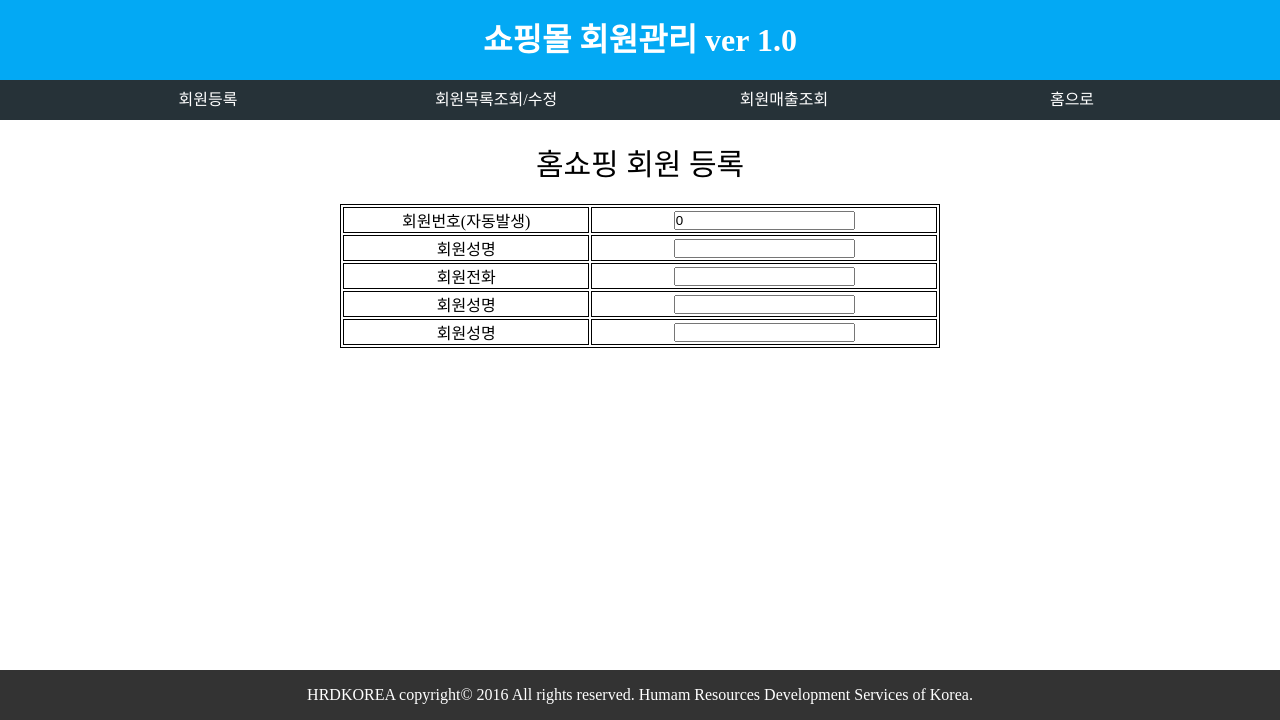
Repository: choiyuhee0722/two-crud
Page: http://localhost/HRD_000_1/view/memberInput.jsp
The author's editor kept a copy of each file at every save. The page is drawn from the files as they stood at one save, then again after the next save.
The browser window is 1280 px wide. The pictures show the whole page.
The page is served by Tomcat 9. Other server files are loaded and not shown. Queries for data that is not in the repository find no rows.

Above is the page before, as saved 2024-03-28 10:39:36.

### HRD_000_1/src/main/webapp/view/memberInput.jsp
<%@ page language="java" contentType="text/html; charset=UTF-8"
    pageEncoding="UTF-8"%>
<%@ page import="dao.MemberDao"%>

<jsp:include page="../master/header.jsp"/>
<%
		MemberDao dao = new MemberDao();
	int custno = dao.getMaxCustNo();
%>
<section>
	<div class="container">
		<p class="title">홈쇼핑 회원 등록</p>
		<form action="memberInputProc.jsp" method="post" name="frm">
			<table width="600px">
			<tr>
					<td>회원번호(자동발생)</td>
					<td><input type="number" value="<%= custno %>" name="custno" id="custno" readonly="readonly"></td>
			</tr>
			<tr>
					<td>회원성명</td>
					<td><input type="text" id="custname" name="custname"></td>
			</tr>
			<tr>
					<td>회원전화</td>
					<td><input type="text" id="phone" name="phone"></td>
			</tr>
			<tr>
					<td>회원성명</td>
					<td><input type="text" id="custname" name="custname"></td>
			</tr>
			<tr>
					<td>회원성명</td>
					<td><input type="text" id="custname" name="custname"></td>
			</tr>
			</table>
		</form>
	</div>
</section>

<jsp:include page="../master/footer.jsp"/>

### HRD_000_1/src/main/webapp/master/header.jsp
<%@ page language="java" contentType="text/html; charset=UTF-8"
    pageEncoding="UTF-8"%>
<!DOCTYPE html>
<html>
<head>
	<meta charset="UTF-8">
	<title>쇼핑몰 회원관리</title>
	<link rel="stylesheet" href="/css/style.css?after">
</head>
<body>
	<header>
		<h1>쇼핑몰 회원관리 ver 1.0</h1>
	</header>

	<nav>
		<ul>
			<li><a href="/view/memberInput.jsp">회원등록</a></li>
			<li><a href="/view/memberList.jsp">회원목록조회/수정</a></li>
			<li><a href="/view/memberMoneyList.jsp">회원매출조회</a></li>
			<li><a href="/index.jsp">홈으로</a></li>
		</ul>
	</nav>
</body>
</html>

### HRD_000_1/src/main/webapp/master/footer.jsp
<%@ page language="java" contentType="text/html; charset=UTF-8"
    pageEncoding="UTF-8"%>

<footer>
	HRDKOREA copyright&copy; 2016 All rights reserved. Humam
	Resources Development Services of Korea.
</footer>

</body>
</html>

### HRD_000_1/src/main/java/dao/MemberDao.java

package dao;

import java.sql.Connection;
import java.sql.PreparedStatement;
import java.sql.ResultSet;
import java.sql.SQLException;
import java.util.ArrayList;

import common.DBUtils;
import vo.MemberMoneyVO;
import vo.MemberVO;

public class MemberDao{
	public ArrayList<MemberVO> memberList(){

		ArrayList<MemberVO> list = new ArrayList<MemberVO>();

		Connection conn = null;
		PreparedStatement ps = null;
		ResultSet rs = null;

		try {
			conn = DBUtils.getConnection();
			ps = conn.prepareStatement("select custno, custname, phone, address, joindate, \r\n"
					+ "decode(grade,'A','VIP','B','일반','C','직원') grade,\r\n"
					+ "city \r\n"
					+ "from member_tbl_02 \r\n"
					+ "order by custno");
			rs = ps.executeQuery();

			while(rs.next()) {
					MemberVO vo = new MemberVO();
					vo.setCustno(rs.getInt("custno"));
					vo.setCustname(rs.getString("custname"));
					vo.setPhone(rs.getString("phone"));
					vo.setAddress(rs.getString("address"));
					vo.setJoindate(rs.getDate("joindate"));
					vo.setGrade(rs.getString("grade"));
					vo.setCity(rs.getString("city"));
					list.add(vo);
			}
		}catch(Exception e) {
			e.printStackTrace();
		}finally {
				DBUtils.close(conn, ps, rs);
		}

		return list;
	}

	public ArrayList<MemberMoneyVO> memberMoneyList(){
		ArrayList<MemberMoneyVO> list = new ArrayList<MemberMoneyVO>();

		Connection conn = null;
		PreparedStatement ps = null;
		ResultSet rs = null;

		try {
			conn = DBUtils.getConnection();
			ps = conn.prepareStatement("select A.custno, A.custname, decode(grade,'A','VIP','B','일반','C','직원') grade, sum(B.price) price\r\n"
					+ "from MEMBER_TBL_02 A, MONEY_TBL_02 B \r\n"
					+ "where A.custno = B.custno\r\n"
					+ "group by A.custno, A.custname, A.grade\r\n"
					+ "order by price desc");
			rs = ps.executeQuery();

			while(rs.next()) {
					MemberMoneyVO vo = new MemberMoneyVO();
					vo.setCustno(rs.getInt("custno"));
					vo.setCustname(rs.getString("custname"));
					vo.setGrade(rs.getString("grade"));
					vo.setPrice(rs.getInt("price"));
					list.add(vo);
			}
		}catch(Exception e) {
				e.printStackTrace();
		}finally {
			DBUtils.close(conn, ps, rs);

		}
		return list;
	}

	public int getMaxCustNo() {
		Connection conn = null;
		PreparedStatement ps = null;
		ResultSet rs = null;
		int custno = 0;

		try {
			 conn = DBUtils.getConnection();
			 ps = conn.prepareStatement("select max(custno)+1 custno\r\n"
			 		+ "from MEMBER_TBL_02");

			 rs = ps.executeQuery();
			 while(rs.next()) {
					custno = rs.getInt("custno");
			}
		}catch(Exception e) {
				e.printStackTrace();
		}finally {
			DBUtils.close(conn, ps, rs);
		}
		return custno;
	}
	public int memberInsert(MemberVO member) throws SQLException{
		Connection conn = null;
		PreparedStatement ps = null;
		int n = 0;
		try {
			conn = DBUtils.getConnection();
			ps = conn.prepareStatement("insert into member_tbl_02 values(?,?,?,?,?,?,?)");

			ps.setInt(1, member.getCustno());
			ps.setString(2, member.getCustname());
			ps.setString(3, member.getPhone());
			ps.setString(4, member.getAddress());
			ps.setDate(5, member.getJoindate());
			ps.setString(6, member.getGrade());
			ps.setString(7, member.getCity());
			n = ps.executeUpdate();
			if(n > 0) {
					conn.commit();
			}
		}catch(Exception e) {
			e.printStackTrace();
		}finally {
			DBUtils.close(conn, ps);
		}
		return n;


	}

}

### HRD_000_1/src/main/java/common/DBUtils.java
package common;

import java.sql.Connection;
import java.sql.DriverManager;
import java.sql.PreparedStatement;
import java.sql.ResultSet;

public class DBUtils {
	public static Connection getConnection() {
		Connection con = null;
		try {
			Class.forName("oracle.jdbc.driver.OracleDriver");
			con = DriverManager.getConnection("jdbc:oracle:thin:@localhost:1521:xe","system","1234");
		}catch(Exception e) {
			e.printStackTrace();
		}
		return con;
	}
	public static void close(Connection conn, PreparedStatement ps, ResultSet rs) {
	if(rs != null) {
		try {
				rs.close();
		}catch(Exception ex) {
			System.out.println("오류 발생 : "+ ex);
		}
	}
	close(conn, ps);
}

public static void close(Connection conn, PreparedStatement ps) {
	if(ps != null) {
		try {
				ps.close();
		}catch(Exception ex) {
			System.out.println("오류 발생 : "+ ex);
		}
	}
}

}

### HRD_000_1/src/main/webapp/css/style.css
/* init */
*{
		padding: 0;
		margin: 0 auto;
}
ul{
		list-style: none;
}
a{
		color: inherit;
		text-decoration: none;
}

/*header*/
header{
		width: 100%;
		height: 80px;
		background-color: #03A9F4;
		text-align: center;
		line-height: 80px;
		color: white;
}

/*nav*/
nav{
		width: 100%;
		height: 40px;
		background: #263238;
		text-align: center;
		line-height: 40px;
		color: white;
}
nav > ul{
		width: 90%;
}
nav > ul > li{
		width: 25%;
		float: left;
}

/*section*/
section{
		width: 100%;
}
section > .container{
		padding: 20px;
		margin: 0 auto;
}
section > .container .title{
		font-size: 30px;
		text-align: center;
		margin-bottom: 20px;
}
table,th,td{
		border: 1px solid black;
		text-align: center;
}
/*footer*/
footer{
		width: 100%;
		height: 50px;
		line-height: 50px;
		text-align: center;
		background: #333;
		color: white;
		position: absolute;
		bottom: 0;
}
/*footer*/

After the next save:
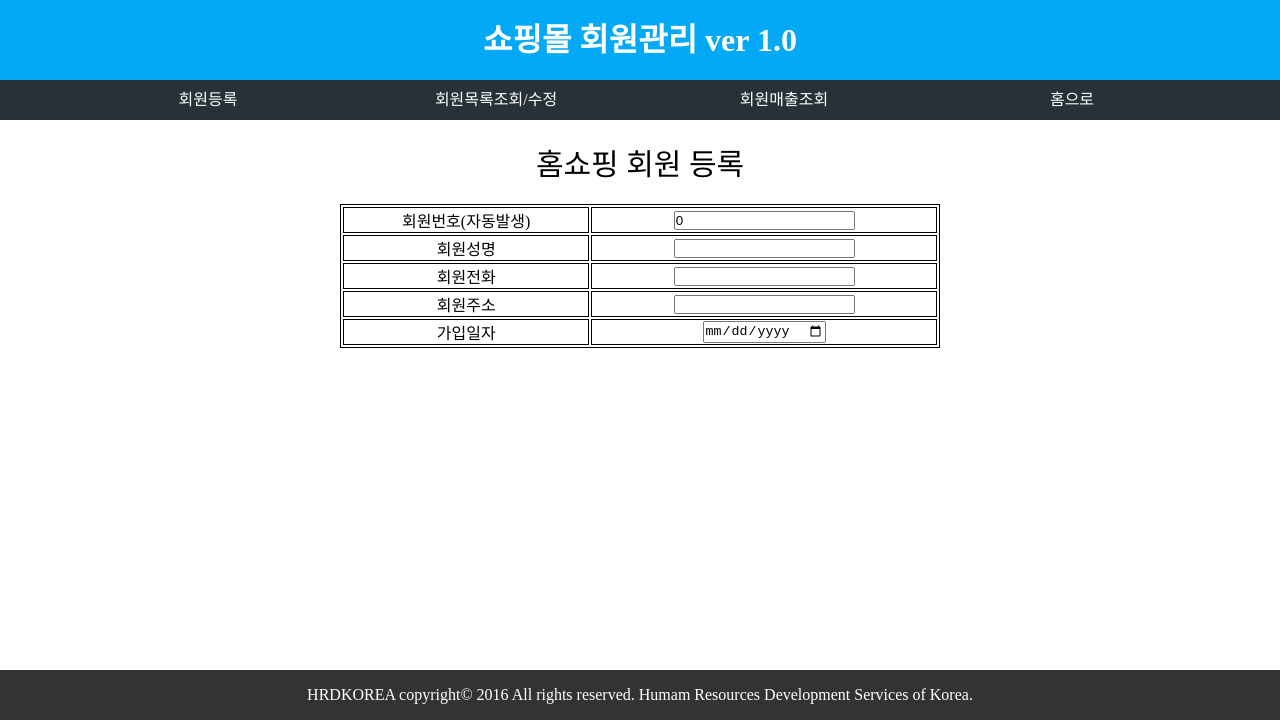
Saved 32 s later.
--- a/HRD_000_1/src/main/webapp/view/memberInput.jsp
+++ b/HRD_000_1/src/main/webapp/view/memberInput.jsp
@@ -25,12 +25,12 @@
 					<td><input type="text" id="phone" name="phone"></td>
 			</tr>
 			<tr>
-					<td>회원성명</td>
-					<td><input type="text" id="custname" name="custname"></td>
+					<td>회원주소</td>
+					<td><input type="text" id="address" name="address"></td>
 			</tr>
 			<tr>
-					<td>회원성명</td>
-					<td><input type="text" id="custname" name="custname"></td>
+					<td>가입일자</td>
+					<td><input type="date" id="joindate" name="joindate"></td>
 			</tr>
 			</table>
 		</form>
